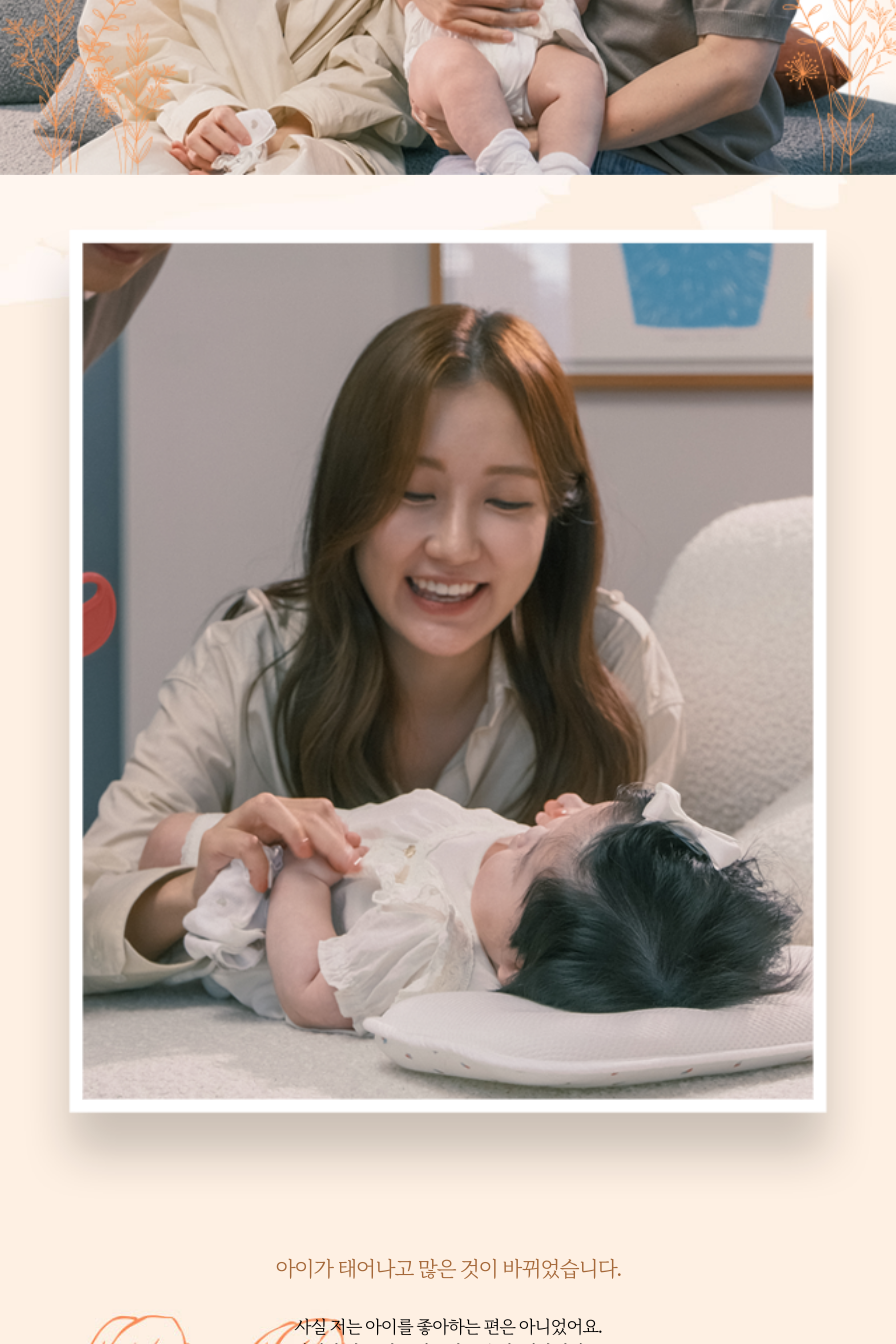
Repository: dlgywls1130/saveTheChildren_2024
Page: index.html
These files come from the project's save history. The page is drawn as it stood at one moment and after the next save; the edit follows.
The browser window is 1280 px wide. The pictures show the part of the page from y = 2707 to 4627 px (the page is 18910 px tall before and 18860 px after), at 70% of full size.
Some web fonts or font styles are not loaded; a fallback is used. The style sheet was rebuilt from its Sass, Less or Tailwind sources for each picture, by a compiler version that may differ from the author's.

Above is the page before, as saved 2024-11-03 23:48:58.

### index.html
<!DOCTYPE html>
<html lang="en">
<head>
    <meta charset="UTF-8">
    <meta name="viewport" content="width=device-width, initial-scale=1.0">
    <title>Document</title>

    <link rel="stylesheet" href="./css/common.css">
    <link rel="stylesheet" href="https://cdn.jsdelivr.net/npm/swiper@11/swiper-bundle.min.css" />
</head>
<body>

    <!-- main -->
    <section class="main_container py-80">
        <div class="container">
            <div class="logo_title mb-40">
                <img src="./images/logo.png" alt="logo">
                <p>우리 아기 좋은 날 기부</p>
            </div>

            <p class="sub_title mb-40">
                의사 오진승, 아나운서 김도연 가족과 함께하는
            </p>

            <h2 class="mb-40">우리 아기<br>좋은 날 일기</h2>

            <p class="sub_span_text mb-40">
                여러분은 자녀의 소중한 순간을<br>
                어떻게 기념 하시나요?
            </p>

            <p class="sub_descript">
                보통 사진을 찍고 영상을 남기는<br> 분들이 많으실 거에요. <br>
                우리 아이의 소중한 날을<br> 특별하게 기념하는 방법을<br>
                소개해드릴게요
            </p>


        </div>

        <a href="#" class="record_btn">
            <img src="/images/pencle.png" alt="pencle">
            <p>우리 아기 좋은 날 기록하기</p>
        </a>
    </section>

    <!-- 스토리섹션 -->

    <section class="story_section">
        <div class="container pt-100">

            <!-- 영상 -->
            <div class="video_container mb-150 ">
                <video></video>
            </div>

            <div class="story_01 mb-70">
                <p class="s01 mb-60">
                    “유튜브 <닥터프렌즈>를 운영하는<br> 정신과 전문의 오진승,
                    <br>KBS 전 아나운서, 현 프리랜서 방송인 김도연입니다.
                </p>

                <p class="s01_1 mb-60">
                    세이브더칠드런과는 자립지원아동들과<br> 미혼모가정을 위해
                    <br>기부하며 인연을 이어오고 있습니다.
                </p>

                <p class="s01_2">
                    지난 4월, 첫 딸 수빈이가 저희에게 찾아와 주었어요.”
                </p>

                <img src="/images/s1_1.png" alt="story">
            </div>


            <div class="story_02 mb-150">
                <div class="story_02_01">
                    <div class="story_image">
                        <img src="/images/s2_1.png" alt="stroy">
                    </div>
                    <div class="story_text-contain py-50">
                        <p class="story_text_01 mb-50">
                            아이가 태어나고 많은 것이 바뀌었습니다.
                        </p>
                        <p class="story_text_02 mb-50">
                            사실 저는 아이를 좋아하는 편은 아니었어요.
                            <br>하지만 낳고 처음 마주하는 순간, 생각했어요.
                        </p>
                        <p class="story_text_03 mb-50">
                            ‘천년의 사랑이 시작되었다.’
                        </p>

                        <p class="story_text_04">
                            지금은 힘들어도 아이 얼굴만 보면 웃음이 나와요.
                        </p>
                    </div>


                </div>
            </div>

            <div class="story_03 mb-100">
                <div class="story_03_01">

                    <div class="story_image">
                        <img src="/images/s3_1.png" alt="stroy">
                    </div>

                    <div class="story_text-contain py-50">
                        <p class="story_text_01 mb-100">
                            내 자녀를 볼 때,
                            <br>의학적으로 마음에 드는
                            <br>이성을 보았을 때의
                            <br>10배에 달하는 도파민이 나온대요.
                        </p>
                        <p class="story_text_02 mb-60">
                            저는 현재에 안주하며 사는
                            <br>편이었는데, 딸이 태어난 후부터
                            <br>삶에 대해 더 고민하고.
                            <br>잘하려고 노력하고 있어요.
                        </p>
                        <p class="story_text_03">
                            아이가 삶의 원동력이 된 셈이죠.
                        </p>

                    </div>

                </div>
            </div>

            <div class="story_04">
                <div class="story04_01 mb-150">

                    <div class="story_image">
                        <img src="/images/s4_1.png" alt="stroy">
                    </div>

                    <div class="story_text-contain py-50">
                        <p class="story_text_01 mb-30">
                            요즘은 수빈이와 함께 놀이터 갈 날을
                            <br>손꼽아 기다리고 있어요.
                        </p>
                        <p class="story_text_02">
                            아직 말귀도 못 알아듣는 아이한테
                            <br>“너 언제 커서 아빠랑 놀이터 갈래?”
                            <br>묻고는 하죠.

                        </p>

                    </div>

                </div>

                <div class="story04_02 mb-150">

                    <div class="story_image">
                        <img src="/images/s4_2.png" alt="stroy">
                    </div>

                    <div class="story_text-contain pt-30">
                        <p class="story_text_01 mb-30">
                            아이를 정신없이 키우다 보니
                            <br>탄생의 순간이 희미해지고 있었어요.
                        </p>
                        <p class="story_text_02">
                            우리 아기 좋은 날 캠페인에
                            <br>참여해서 직접 기념일 이야기를 담은
                            <br>후원감사증서를 받아보니,
                            <br>그때 생각이 나서 너무 좋았어요.

                        </p>

                    </div>


                </div>
            </div>

            <div class="story_05">
                <div class="story_05_01 pt-80 mb-50">

                    <div class="story_text mb-30">
                        “아이가 건강하게 발달단계를 해내는
                        <br>소중한 순간에 기부를 하면
                        <br>수빈이가 더 건강하고,행복하게
                        <br>자라게 되지 않을까요?
                        <br>
                        <br>소중한 순간마다 기부하고
                        <br>앨범처럼 남겨서 보여주면
                        <br>자랑스러운 부모가 될 것 같아요”
                    </div>

                    <div class="img_story">
                        <img src="/images/s5_1.png">
                    </div>
                </div>

                <div class="story_05_02  pt-80 px-60 mb-100">

                    <div class="story_text mb-30">
                        “저는 칭찬 받거나 스스로에게 자부심을
                        <br>느낀 순간은 오래 기억된다고 생각해요.
                        <br>
                        <br>내 아이에게 ‘네가 첫 양치질을 잘 해낸
                        <br>기념으로  다른 친구를 도왔어.’ 라고
                        <br>말해준다면 그 뿌듯함을 밑거름으로
                        <br>자기 자신과 다른 사람 모두 사랑할 수 있는
                        <br>아이로 성장하지 않을까요?”
                    </div>

                    <div class="img_story">
                        <img src="/images/s5_2.png">
                    </div>

                </div>


                <div class="middle_cotain">
                    <p class="mb-100">
                        첫 걸음마, 첫돌,
                        <br>처음 엄마 아빠를 부른 날,
                        <br>처음 비를 맞아본 날, 처음 놀이터에 간 날
                        <br>그 소중한 순간을 기부로 기록해보세요.
                    </p>

                    <p class="mb-100">후원해주신 모든 분들께 <br>
                        직접 작성한 기념일 이야기가 담긴<br>
                        <span>후원감사증서</span>를 드리며,
                        <br>30만원 이상 후원해 주신 분들께는
                        <br>이름을 수놓은 <span>순면거즈블랭킷</span>을<br>
                        증정하고 있습니다.
                    </p>

                    <div class="swiper middle-slide">
                        <div class="swiper-wrapper">
                            <div class="swiper-slide">
                                <img src="/images/s6_1.png">
                            </div>
                            <div class="swiper-slide">
                                <img src="/images/s6_2.png">
                            </div>
                        </div>
                        <div class="swiper-pagination"></div>
                    </div>



                </div>



            </div>


        </div>
        <a href="#" class="record_btn">
            <img src="/images/pencle.png" alt="pencle">
            <p>우리 아기 좋은 날 기록하기</p>
        </a>

    </section>

    <!-- info -->

    <section class="sponsor_section">

        <div class="container py-80">

            <!-- 후원신청 -->
            <div class="sponsor-container pt-100 mb-150">
                <h2 class="mb-80">후원신청 과정</h2>

                <div class="sponsor_list  mb-80">
                    <div class="sponsor_list_inner">
                        <div class="list-inner-img">
                            <img src="/images/circle_1.png" alt="sponsor">
                        </div>
                        <p>후원신청하기</p>

                    </div>

                    <div class="sponsor_list_inner">
                        <div class="list-inner-img">
                            <img src="/images/circle_2.png">
                        </div>
                        <p>후원감사증서<br>메시지 적기</p>

                    </div>

                    <div class="sponsor_list_inner">
                        <div class="list-inner-img">
                            <img src="/images/circle_3.png">
                        </div>
                        <p>신청완료</p>

                    </div>

                    <div class="sponsor_list_inner">
                        <div class="list-inner-img">
                            <img src="/images/circle_4.png">
                        </div>
                        <p>후원감사증서 발송<br>(1주일이내)</p>

                    </div>
                </div>

                <p class="info-span">
                    30만원 이상 후원자 분들께는
                    <br>순면거즈블랭킷 제작을 위한
                    <br>문자가 별도 발송됩니다.
                    <br>(후원 2-3일 이내)
                </p>
            </div>


            <div class="sponsor-inner mb-150">
                <h2 class="mb-100">후원금, 이렇게 쓰여요!</h2>

                <p class="mb-100">
                    세이브더칠드런은
                    <br>국내외 아동을 위해 생계지원,
                    <br>의료지원, 긴급구호 등의 활동을
                    <br>진행하고 있습니다.
                    <br>
                    <br>보내주신 후원금은
                    <br>정치, 종교, 인종에 관계없이
                    <br>가장 도움이 필요한 아이를 위해
                    <br>우선 사용됩니다.

                </p>

                <img src="/images/baby.png">
            </div>

            <div class="faq_section">
                <div class="container">
                    <h2 class="mb-40">FAQ</h2>

                    <ul class="faq_list">
                        <li>
                            <div class="faq_question">
                                <p>30만원 이상 후원했습니다.
                                    <br>거즈 순면 블랭킷은 언제 오나요?</p>
                            </div>
                            <div class="faq_answer">
                                우리아기 축하기부로 30만원 이상 후원자님들께는
                                <br>담요에 수놓을 아기 이름과 선물 수령 주소 확인을 위한
                                <br>문자가 발송됩니다. 02-6900-4479로 발송되는
                                <br>문자 속 설문조사에 답해주세요.
                                <br>확인을 완료하신 분들께는 블랭킷 제작을 담당하고 있는
                                <br>조니 스튜디오에서 아기 이름 자수  작업 완료 후 배송해 드립니다.


                            </div>
                        </li>
                        <li>
                            <div class="faq_question">
                                <p>순면 거즈 블랭킷, 안전한 제품인가요? </p>
                            </div>
                            <div class="faq_answer">
                                본 블랭킷은 워싱된 3중 거즈로 제작되었으며,
                                <br>KC안전검사를 완료하였습니다.
                                <br>소재 특성상 섬유 조각이 발생할 수 있어 망에 넣지 않고
                                <br>3번 정도 물빨래 하시는 것을 권장합니다.


                            </div>
                        </li>
                        <li>
                            <div class="faq_question">
                                <p>순면 거즈 블랭킷을 받았는 데 하자가 있어요.
                                    <br>어떻게 해야 하나요? </p>
                            </div>
                            <div class="faq_answer">
                                물품에 동봉된 조니스튜디오 연락처로 연락 부탁드립니다.
                                <br>하자 물품에 대한 교환은 수령일로부터 7일 이내에
                                <br>조니스튜디오에 연락해주셔야 하며,
                                <br>이로 인한 후원금 환불은 어렵습니다.

                            </div>
                        </li>
                        <li>
                            <div class="faq_question">
                                <p>후원감사증서에 넣을 수 있는 사진 사이즈는 얼마인가요?</p>
                            </div>
                            <div class="faq_answer">
                                사진 인화 사이즈 5*7 인치에 맞추어서 제작되었습니다.
                                <br>그보다 작은 사진일 경우,  후원감사증서 내부의 주머니에
                                <br>넣어 보관하실 수도  있습니다.

                            </div>
                        </li>
                    </ul>
                </div>
            </div>
        </div>

        <a href="#" class="record_btn">
            <img src="/images/pencle.png" alt="pencle" class="pencle-img">
            <p>좋은 날 기록하기</p>

            <img src="/images/floating.png" alt="float_image" class="float_image">
        </a>
    </section>

    <script src="https://cdn.jsdelivr.net/npm/swiper@11/swiper-bundle.min.js"></script>
    <script src="./js/slide.js"></script>
</body>
</html>

Loaded but not shown: js/slide.js (5 lines, source omitted); css/common.scss (1040 lines, source omitted)

After the next save:
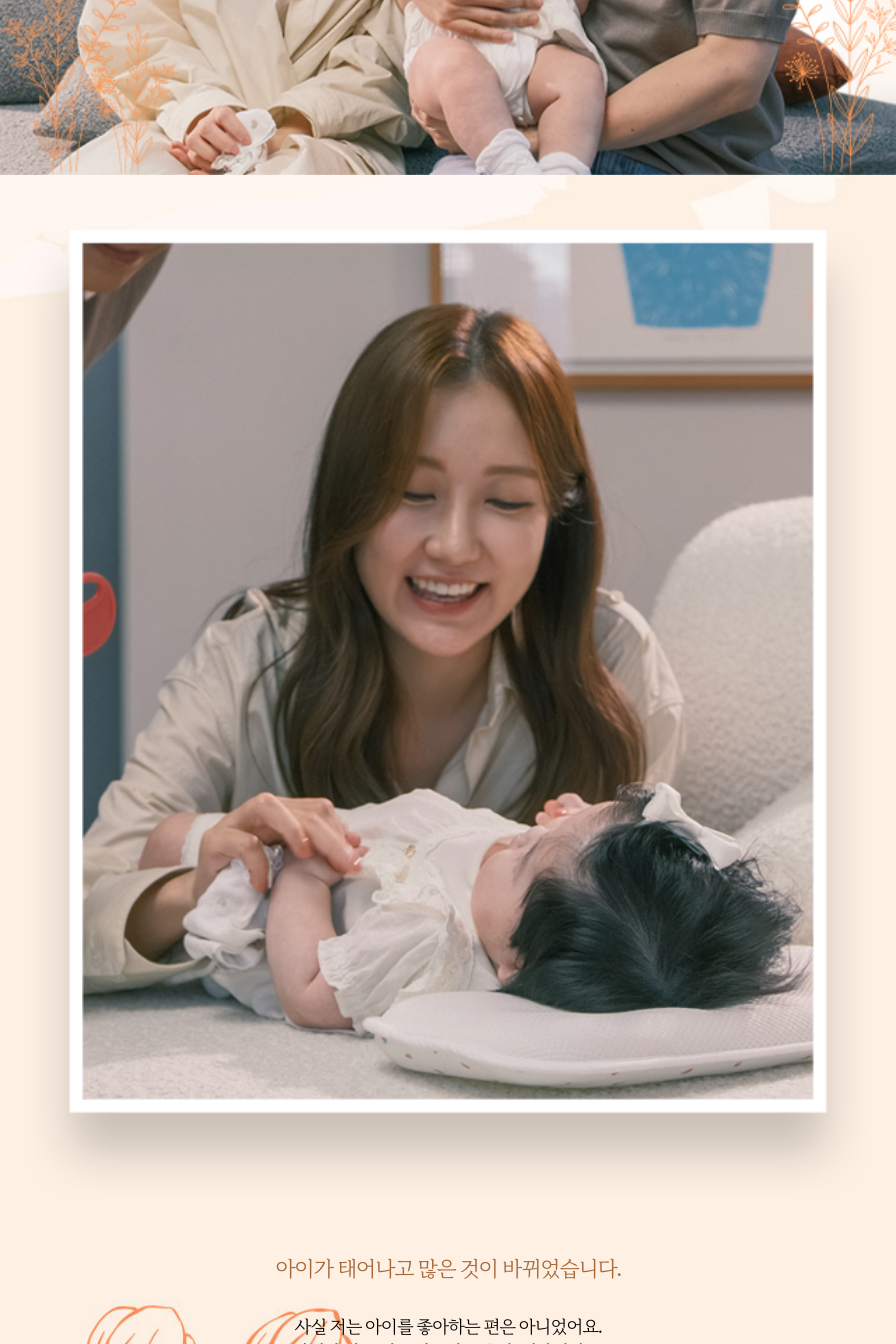
Saved 2 min 10 s later.
--- a/index.html
+++ b/index.html
@@ -50,6 +50,7 @@
         <div class="container pt-100">
 
             <!-- 영상 -->
+
             <div class="video_container mb-150 ">
                 <video></video>
             </div>
@@ -73,7 +74,7 @@
             </div>
 
 
-            <div class="story_02 mb-150">
+            <div class="story_02 mb-100">
                 <div class="story_02_01">
                     <div class="story_image">
                         <img src="/images/s2_1.png" alt="stroy">
